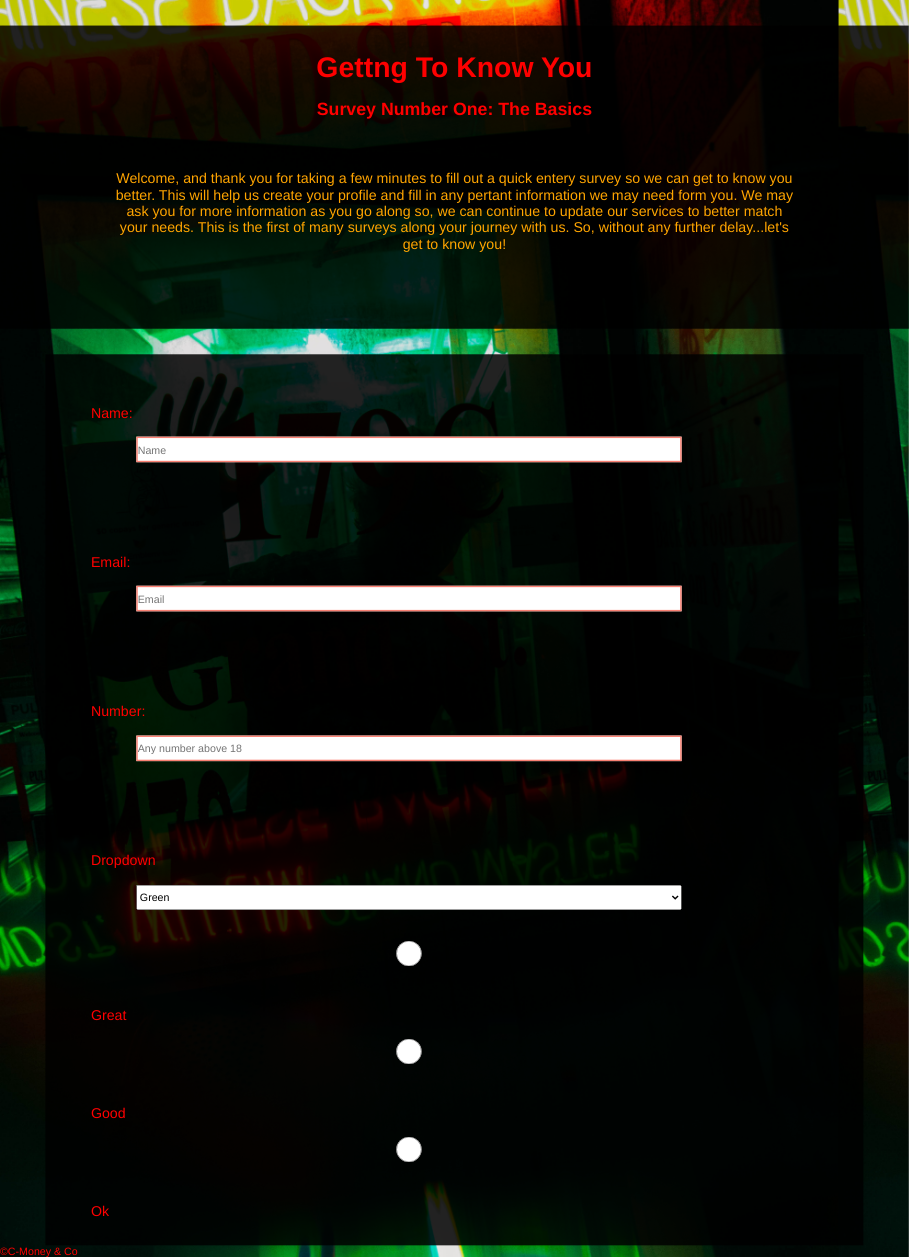
Repository: ctcoleman/surveyForm
Page: index.html
An editor plug-in stored every save of this project. The page is shown before and after the next save, followed by the edit.
The browser window is 1280 px wide. The pictures show the whole page, at 71% of full size.

Above is the page before, as saved 2020-06-26 18:33:40.
Console error: TypeError: Cannot read properties of null (reading 'addEventListener')

### index.html
<!DOCTYPE html>
<html lang="en">

<!-- Head -->

<head>
  <meta name="description" content="Survey Form Example Project">
  <meta name="author" content="Christopher Coleman">
  <meta name="title" content="Survey Form Project">
  <meta name="keywords" content="Survey, Forms, HTML, CSS, Example, Project" <meta name="viewport"
    content="width=device-width, initial-scale=1.0">
  <meta charset="UTF-8">
  <link rel="stylesheet" type="text/css" href="/assets/stylesheets/index.css">
  <title>Survey Form Project</title>
</head>

<!-- Body -->

<body>


  <!-- Main Content-->
  <main id="main">

    <!-- Header -->
    <header id="titleHeading" class="heading">
      <h1 id="title">Gettng To Know You</h1>
      <h2>Survey Number One: The Basics</h2>
      <section class="descriptionSection">
        <p id="description">Welcome, and thank you for taking a few minutes to fill out a quick entery survey so we can get to know you better. This will help us create your profile and fill in any pertant information we may need form you. We may ask you for more information as you go along so, we can continue to update our services to better match your needs. This is the first of many surveys along your journey with us. So, without any further delay...let's get to know you!</p>
      </section>
    </header>

    <!-- Survey Form -->
    <form id="survey-form" class="formWrapper" action="#" method="post">
      <!-- Name -->
      <div class="formEntery nameEntery">
        <label for="name-label">Name:</label>
        <input type="text" id="name" name="user_name" placeholder="Name" required>
      </div>
      <!-- E-Mail -->
      <div class="formEntery emailEntery">
        <label for="email-label">Email:</label>
        <input type="email" id="email" name="user_email" placeholder="Email" required>
      </div>
      <!-- Number -->
      <div class="formEntery numberEntery">
        <label for="number-label">Number:</label>
        <input type="number" id="number" placeholder="Any number above 18" min="18" max="150">
      </div>
      <!-- Dropdown -->
      <div class="formEntery dropdownEntery">
        <label for="dropdown-label">Dropdown</label>
        <select type="dropdown" id="dropdown" placeholder="Select from the following" required>
          <option value="Green">Green</option>
          <option value="Blue">Blue</option>
          <option value="Red">Red</option>
          <option value="Yellow">Yellow</option>
          <option value="Salmon">Salmon</option>
          <option value="Purple">Purple</option>
      </div>
      <!-- Radio Buttons -->
      <div class="formEntery radioButtons">

        <input class="radio" type="radio" id="radioGreat" name="radio" value="Great">
        <label for="radioGreat">Great</label>

        <input class="radio" type="radio" id="radioGood" name="radio" value="Good">
        <label for="radioGood">Good</label>

        <input class="radio" type="radio" id="radioOk" name="radio" value="Ok">
        <label for="radioOk">Ok</label>

      </div>
    </form>

    <!-- Footer -->
    <footer>
      <p>&copy;C-Money & Co</p>
    </footer>
  </main>

  <script>
    const btn = document.querySelector('button');
    const txt = document.querySelector('p')

    btn.addEventListener('click', updateBtn);

    function updateBtn() {
      if (btn.textContent === 'I am a button') {
        btn.textContent = 'I am a new button';
        txt.textContent = 'New Lorem Ipsum';
      } else {
        btn.textContent = 'I am a button';
        txt.textContent = 'Lorem Ipsum'
      }
    }
  </script>
  <script>url('https://cdn.freecodecamp.org/testable-projects-fcc/v1/bundle.js')</script>
</body>

</html>

### assets/stylesheets/index.css
/*
=== Basic Styling ===
*/

* {
  margin: 0;
  padding: 0;
  outline: 0;
  box-sizing: border-box;
  font-size: 62.5%
}

body {
 background-image: url('/assets/images/juan-ordonez--DPOuSLaO34-unsplash.jpg');
 background-size: contain;
 color: red;
 -webkit-font-smoothing: antialiased;
}

body, label, select, p, a, input, button, option {
  font-size: 1.5rem;
  font-family: 'Helvetica';
}

h1 {
  font-size: 4rem;
  text-align: center;
}

h2 {
  font-size: 2.5rem;
  text-align: center;
}

button {
 cursor: pointer;
}

/*
=== Header Styling ===
*/

header {
  margin: 5vh 0;
  padding: 5vh 0;
  background: rgba(0, 0, 0, 0.849);
  width: 100vw;
}

#title {
  margin-bottom: 3vh;
}

#description {
  font-size: 2rem;
  text-align: center;
  width: 75vw;
  margin: 10vh 12.5vw;
  padding: 5vh
  border: 2px dashed salmon;
  color: orange;
}

/*
=== Form Styling ===
*/

#survey-form {
  display: flex;
  flex-direction: column;
  align-items: flex-end;
  justify-content: space-around;
  background: rgba(0, 0, 0, 0.849);
  margin: 0 5vw;
}

.formWrapper .formEntery {
  margin: 5vh 0;
  display: flex;
  flex-direction: column;
  align-items: center;
}

.formEntery label {
  font-size: 2rem;
  margin: 5vh 15vw 0;
  align-self: flex-start;
}

.formEntery input {
  width: 60vw;
  margin: 3vh 20vw;
  height: 5vh;
  border: 2px solid salmon;
}

.formEntery select {
  width: 60vw;
  margin: 3vh 20vw;
  height: 5vh;
}

After the next save:
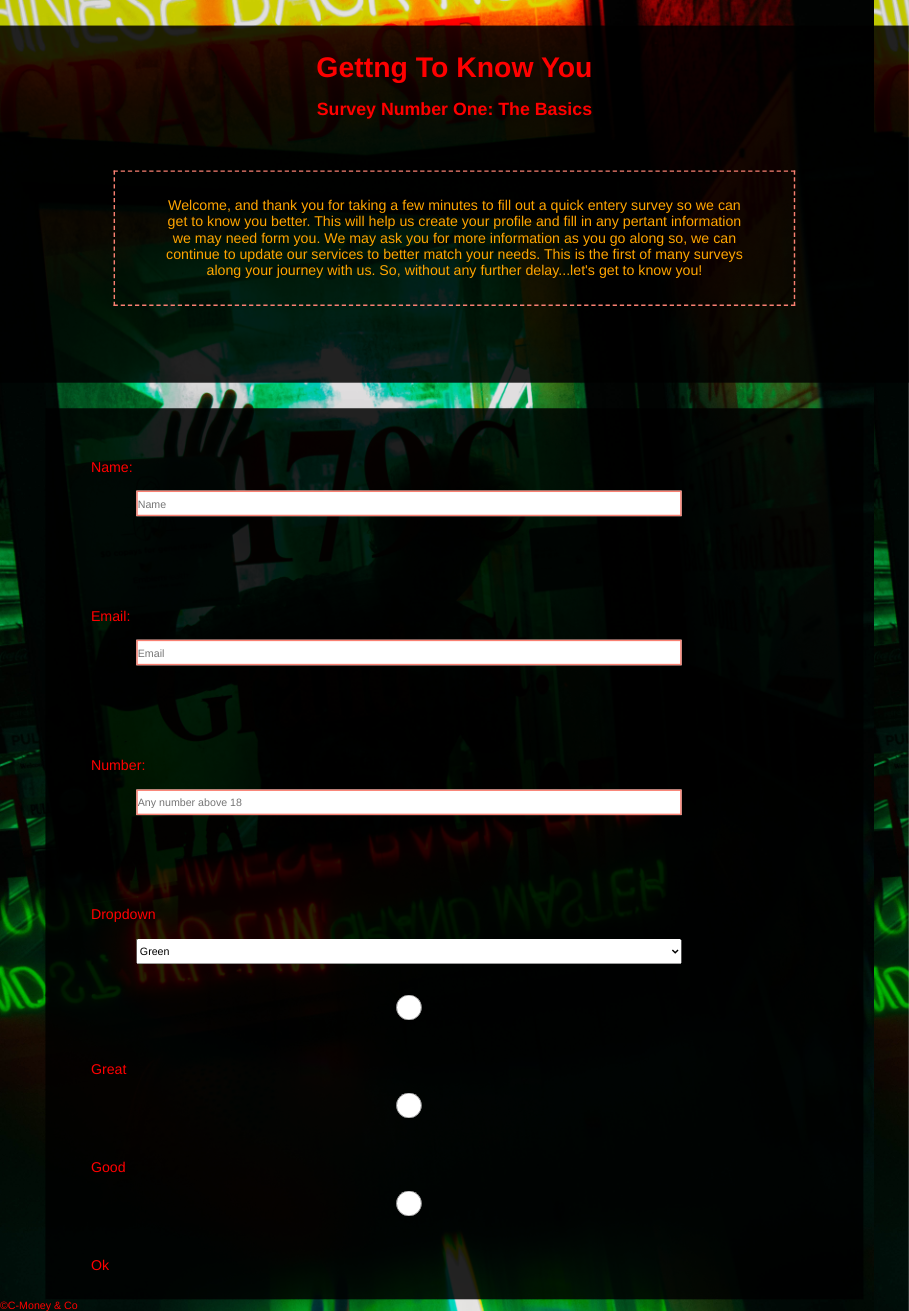
Saved 4 s later.
--- a/assets/stylesheets/index.css
+++ b/assets/stylesheets/index.css
@@ -56,7 +56,7 @@ header {
   text-align: center;
   width: 75vw;
   margin: 10vh 12.5vw;
-  padding: 5vh
+  padding: 5vh 5vw;
   border: 2px dashed salmon;
   color: orange;
 }
